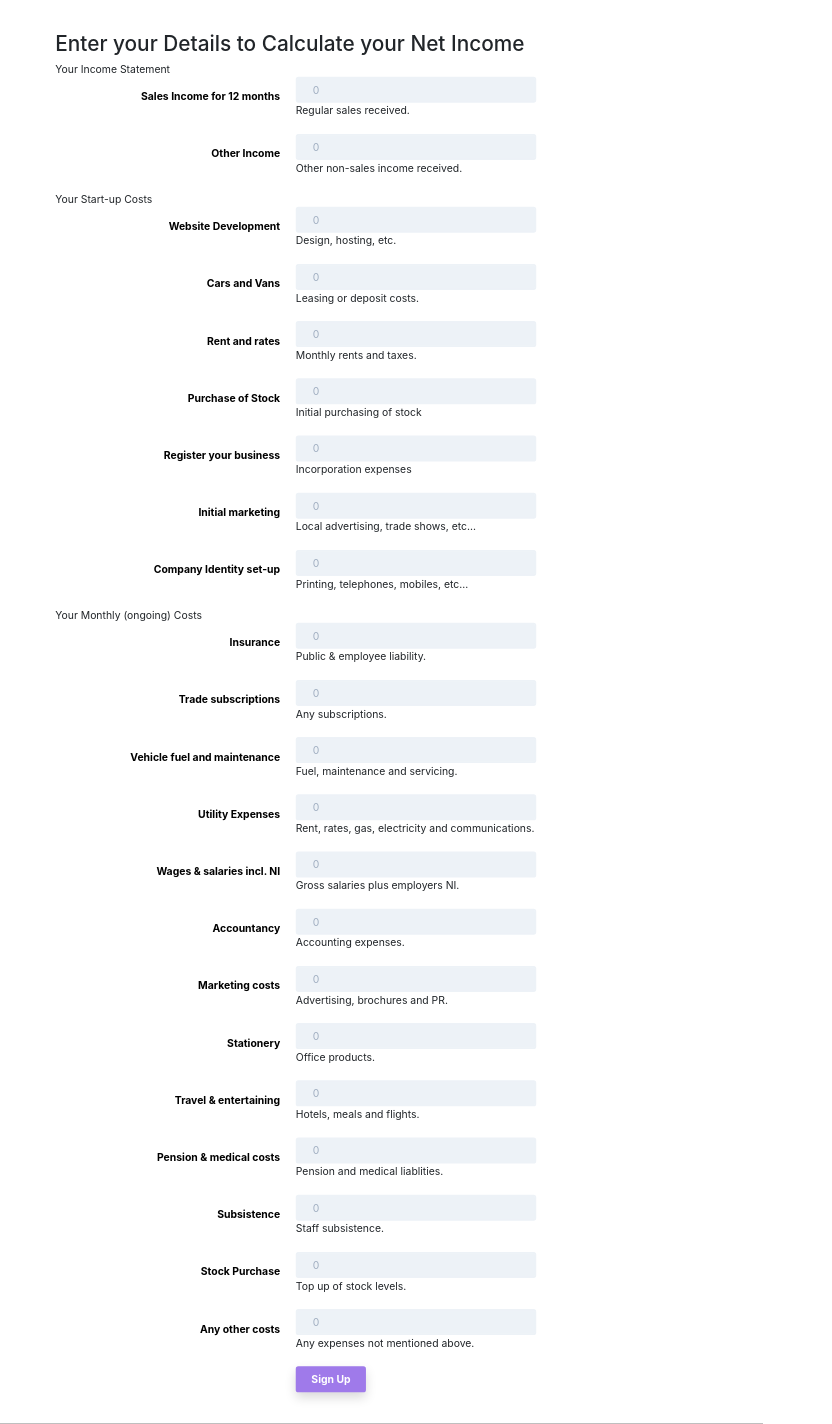
Repository: latenightsnacc/Financial-Forecast
Page: financial-forecast.html
An editor plug-in stored every save of this project. The page is shown before and after the next save, followed by the edit.
The browser window is 1280 px wide. The pictures show the whole page, at 65% of full size.

Above is the page before, as saved 2020-11-15 14:06:28.

After the next save:
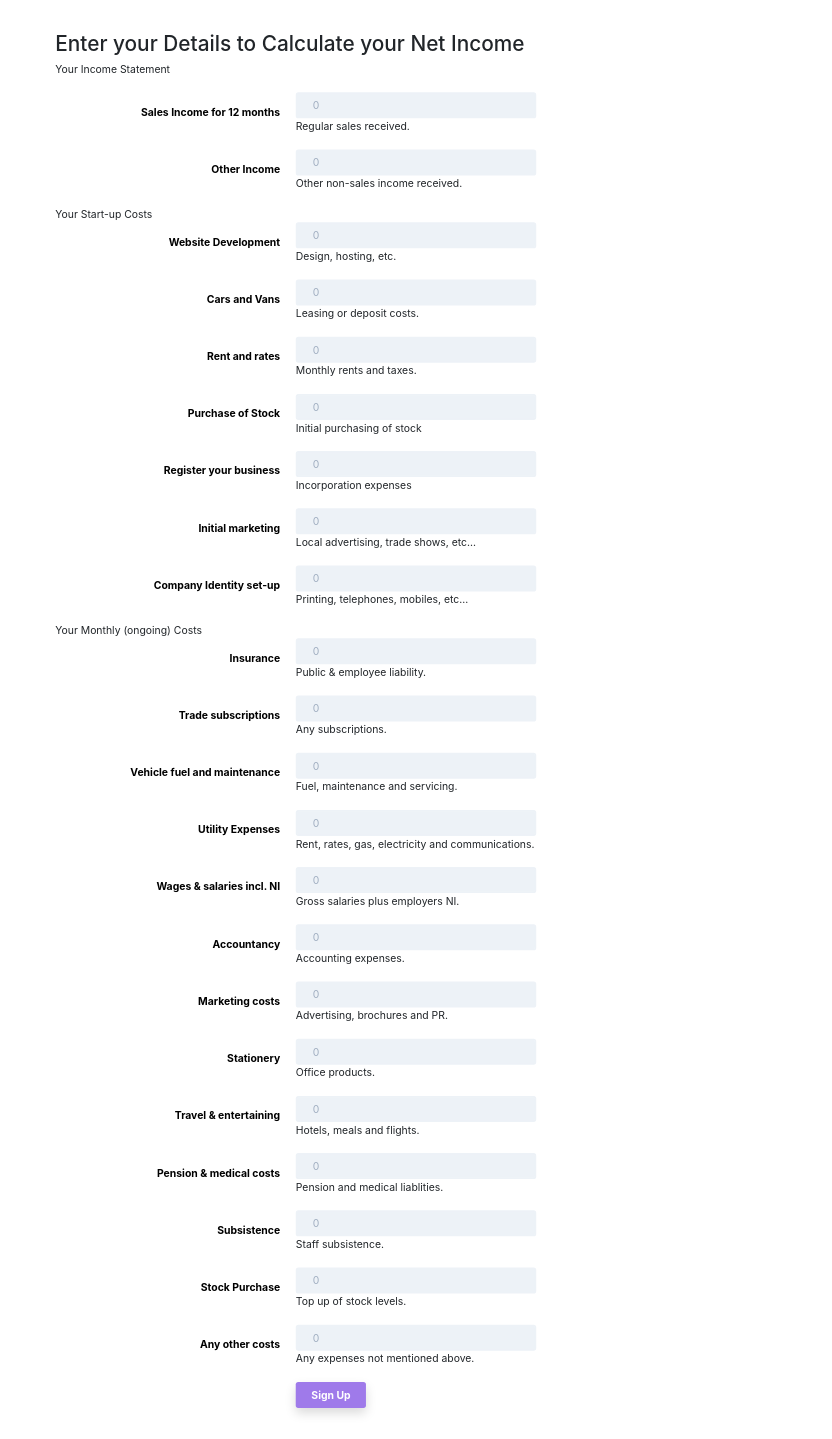
Saved 32 s later.
--- a/financial-forecast.html
+++ b/financial-forecast.html
@@ -24,7 +24,7 @@
             <!--FORM-->
             <form class="w-full max-w-none">
             <!--NET INCOME-->
-                <div class="title">Your Income Statement</div>
+                <div class="title mb-6">Your Income Statement</div>
                 <!--Sales Income-->
                 <div class="md:flex md:items-center mb-6">
                   <div class="md:w-1/3">
